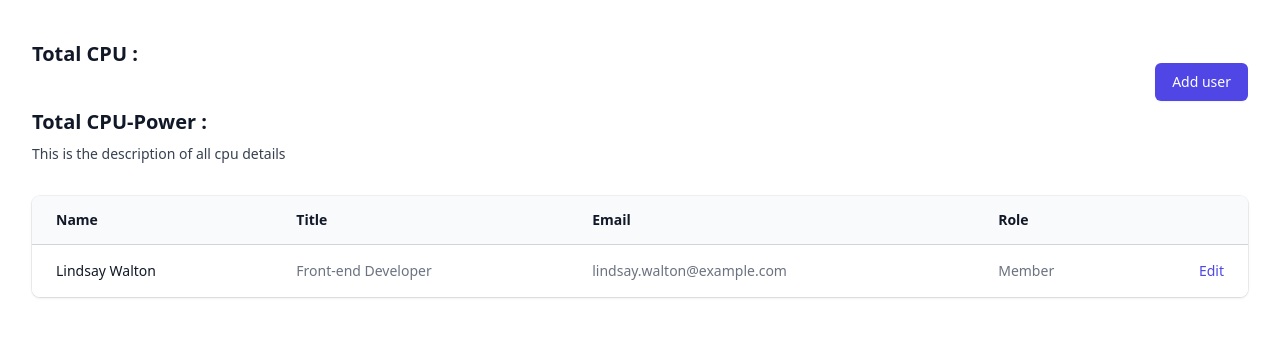
Repository: emorilebo/cpu-reader
Page: /
The author's editor kept a copy of each file at every save. The page is drawn from the files as they stood at one save, then again after the next save.
The browser window is 1280 px wide. The pictures show the whole page.
The project was rebuilt for these pictures with package versions that can differ from the ones it lists, and the page was loaded fresh each time. The framework's server and built-in components were replaced by stand-ins that run in the browser. Also part of the build but not shown: next.config.js, styles/Home.module.css.

Above is the page before, as saved 2023-01-13 12:29:10.

### pages/index.js
import Head from 'next/head'
import Image from 'next/image'
import { Inter } from '@next/font/google'
import styles from '../styles/Home.module.css'
import Tables from '../components/Tables'

const inter = Inter({ subsets: ['latin'] })

export default function Home() {
  return (
    <>
      <Head>
        <title>Create Next App</title>
        <meta name="description" content="Generated by create next app" />
        <meta name="viewport" content="width=device-width, initial-scale=1" />
        <link rel="icon" href="/favicon.ico" />
      </Head>
      <main className="">
       <Tables/>
      </main>
    </>
  )
}

### styles/globals.css
@tailwind base;
@tailwind components;
@tailwind utilities;

/* :root {
  --max-width: 1100px;
  --border-radius: 12px;
  --font-mono: ui-monospace, Menlo, Monaco, "Cascadia Mono", "Segoe UI Mono",
    "Roboto Mono", "Oxygen Mono", "Ubuntu Monospace", "Source Code Pro",
    "Fira Mono", "Droid Sans Mono", "Courier New", monospace;

  --foreground-rgb: 0, 0, 0;
  --background-start-rgb: 214, 219, 220;
  --background-end-rgb: 255, 255, 255;

  --primary-glow: conic-gradient(
    from 180deg at 50% 50%,
    #16abff33 0deg,
    #0885ff33 55deg,
    #54d6ff33 120deg,
    #0071ff33 160deg,
    transparent 360deg
  );
  --secondary-glow: radial-gradient(
    rgba(255, 255, 255, 1),
    rgba(255, 255, 255, 0)
  );

  --tile-start-rgb: 239, 245, 249;
  --tile-end-rgb: 228, 232, 233;
  --tile-border: conic-gradient(
    #00000080,
    #00000040,
    #00000030,
    #00000020,
    #00000010,
    #00000010,
    #00000080
  );

  --callout-rgb: 238, 240, 241;
  --callout-border-rgb: 172, 175, 176;
  --card-rgb: 180, 185, 188;
  --card-border-rgb: 131, 134, 135;
}

@media (prefers-color-scheme: dark) {
  :root {
    --foreground-rgb: 255, 255, 255;
    --background-start-rgb: 0, 0, 0;
    --background-end-rgb: 0, 0, 0;

    --primary-glow: radial-gradient(rgba(1, 65, 255, 0.4), rgba(1, 65, 255, 0));
    --secondary-glow: linear-gradient(
      to bottom right,
      rgba(1, 65, 255, 0),
      rgba(1, 65, 255, 0),
      rgba(1, 65, 255, 0.3)
    );

    --tile-start-rgb: 2, 13, 46;
    --tile-end-rgb: 2, 5, 19;
    --tile-border: conic-gradient(
      #ffffff80,
      #ffffff40,
      #ffffff30,
      #ffffff20,
      #ffffff10,
      #ffffff10,
      #ffffff80
    );

    --callout-rgb: 20, 20, 20;
    --callout-border-rgb: 108, 108, 108;
    --card-rgb: 100, 100, 100;
    --card-border-rgb: 200, 200, 200;
  }
}

* {
  box-sizing: border-box;
  padding: 0;
  margin: 0;
}

html,
body {
  max-width: 100vw;
  overflow-x: hidden;
}

body {
  color: rgb(var(--foreground-rgb));
  background: linear-gradient(
      to bottom,
      transparent,
      rgb(var(--background-end-rgb))
    )
    rgb(var(--background-start-rgb));
}

a {
  color: inherit;
  text-decoration: none;
}

@media (prefers-color-scheme: dark) {
  html {
    color-scheme: dark;
  }
} */

### components/Tables.jsx
import React from "react";

const cpu = [
    { name: 'Lindsay Walton', title: 'Front-end Developer', email: 'lindsay.walton@example.com', role: 'Member' },
    // More people...
  ]

export default function Tables() {
  return (
    <div className="px-4 sm:px-6 lg:px-8">
      <div className="sm:flex sm:items-center">
        <div className="sm:flex-auto">
          <h1 className=" mt-10 text-xl font-semibold text-gray-900">Total CPU : </h1>
          <h1 className=" mt-10 text-xl font-semibold text-gray-900">Total CPU-Power : </h1>
          <p className="mt-2 text-sm text-gray-700">
            This is the description of all cpu details
          </p>
        </div>
        <div className="mt-4 sm:mt-0 sm:ml-16 sm:flex-none">
          <button
            type="button"
            className="inline-flex items-center justify-center rounded-md border border-transparent bg-indigo-600 px-4 py-2 text-sm font-medium text-white shadow-sm hover:bg-indigo-700 focus:outline-none focus:ring-2 focus:ring-indigo-500 focus:ring-offset-2 sm:w-auto"
          >
            Add user
          </button>
        </div>
      </div>
      <div className="mt-8 flex flex-col">
        <div className="-my-2 -mx-4 overflow-x-auto sm:-mx-6 lg:-mx-8">
          <div className="inline-block min-w-full py-2 align-middle md:px-6 lg:px-8">
            <div className="overflow-hidden shadow ring-1 ring-black ring-opacity-5 md:rounded-lg">
              <table className="min-w-full divide-y divide-gray-300">
                <thead className="bg-gray-50">
                  <tr>
                    <th
                      scope="col"
                      className="py-3.5 pl-4 pr-3 text-left text-sm font-semibold text-gray-900 sm:pl-6"
                    >
                      Name
                    </th>
                    <th
                      scope="col"
                      className="px-3 py-3.5 text-left text-sm font-semibold text-gray-900"
                    >
                      Title
                    </th>
                    <th
                      scope="col"
                      className="px-3 py-3.5 text-left text-sm font-semibold text-gray-900"
                    >
                      Email
                    </th>
                    <th
                      scope="col"
                      className="px-3 py-3.5 text-left text-sm font-semibold text-gray-900"
                    >
                      Role
                    </th>
                    <th
                      scope="col"
                      className="relative py-3.5 pl-3 pr-4 sm:pr-6"
                    >
                      <span className="sr-only">Edit</span>
                    </th>
                  </tr>
                </thead>
                <tbody className="divide-y divide-gray-200 bg-white">
                  {cpu.map((person) => (
                    <tr key={person.email}>
                      <td className="whitespace-nowrap py-4 pl-4 pr-3 text-sm font-medium text-gray-900 sm:pl-6">
                        {person.name}
                      </td>
                      <td className="whitespace-nowrap px-3 py-4 text-sm text-gray-500">
                        {person.title}
                      </td>
                      <td className="whitespace-nowrap px-3 py-4 text-sm text-gray-500">
                        {person.email}
                      </td>
                      <td className="whitespace-nowrap px-3 py-4 text-sm text-gray-500">
                        {person.role}
                      </td>
                      <td className="relative whitespace-nowrap py-4 pl-3 pr-4 text-right text-sm font-medium sm:pr-6">
                        <a
                          href="#"
                          className="text-indigo-600 hover:text-indigo-900"
                        >
                          Edit<span className="sr-only">, {person.name}</span>
                        </a>
                      </td>
                    </tr>
                  ))}
                </tbody>
              </table>
            </div>
          </div>
        </div>
      </div>
    </div>
  );
}

Loaded but not shown: pages/_app.js (common file); pages/_document.js (common file); tailwind.config.js (common file)

After the next save:
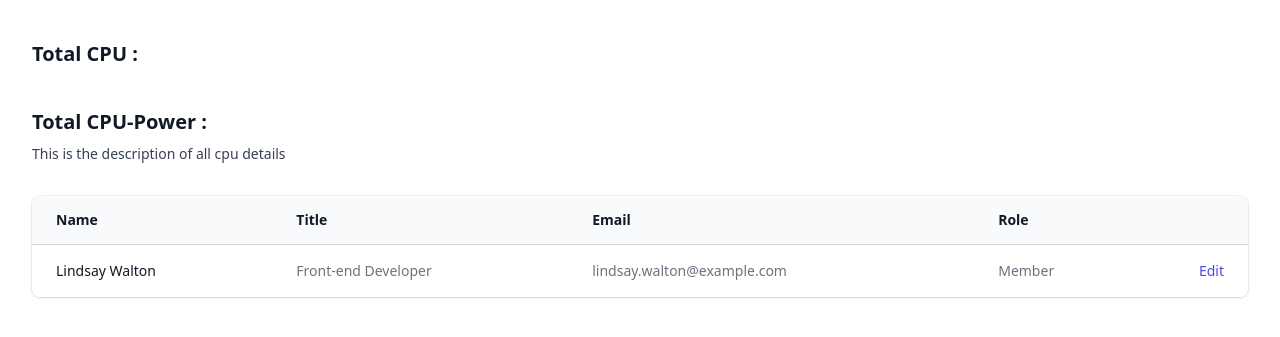
Saved 18 s later.
--- a/components/Tables.jsx
+++ b/components/Tables.jsx
@@ -16,14 +16,7 @@ export default function Tables() {
             This is the description of all cpu details
           </p>
         </div>
-        <div className="mt-4 sm:mt-0 sm:ml-16 sm:flex-none">
-          <button
-            type="button"
-            className="inline-flex items-center justify-center rounded-md border border-transparent bg-indigo-600 px-4 py-2 text-sm font-medium text-white shadow-sm hover:bg-indigo-700 focus:outline-none focus:ring-2 focus:ring-indigo-500 focus:ring-offset-2 sm:w-auto"
-          >
-            Add user
-          </button>
-        </div>
+
       </div>
       <div className="mt-8 flex flex-col">
         <div className="-my-2 -mx-4 overflow-x-auto sm:-mx-6 lg:-mx-8">
